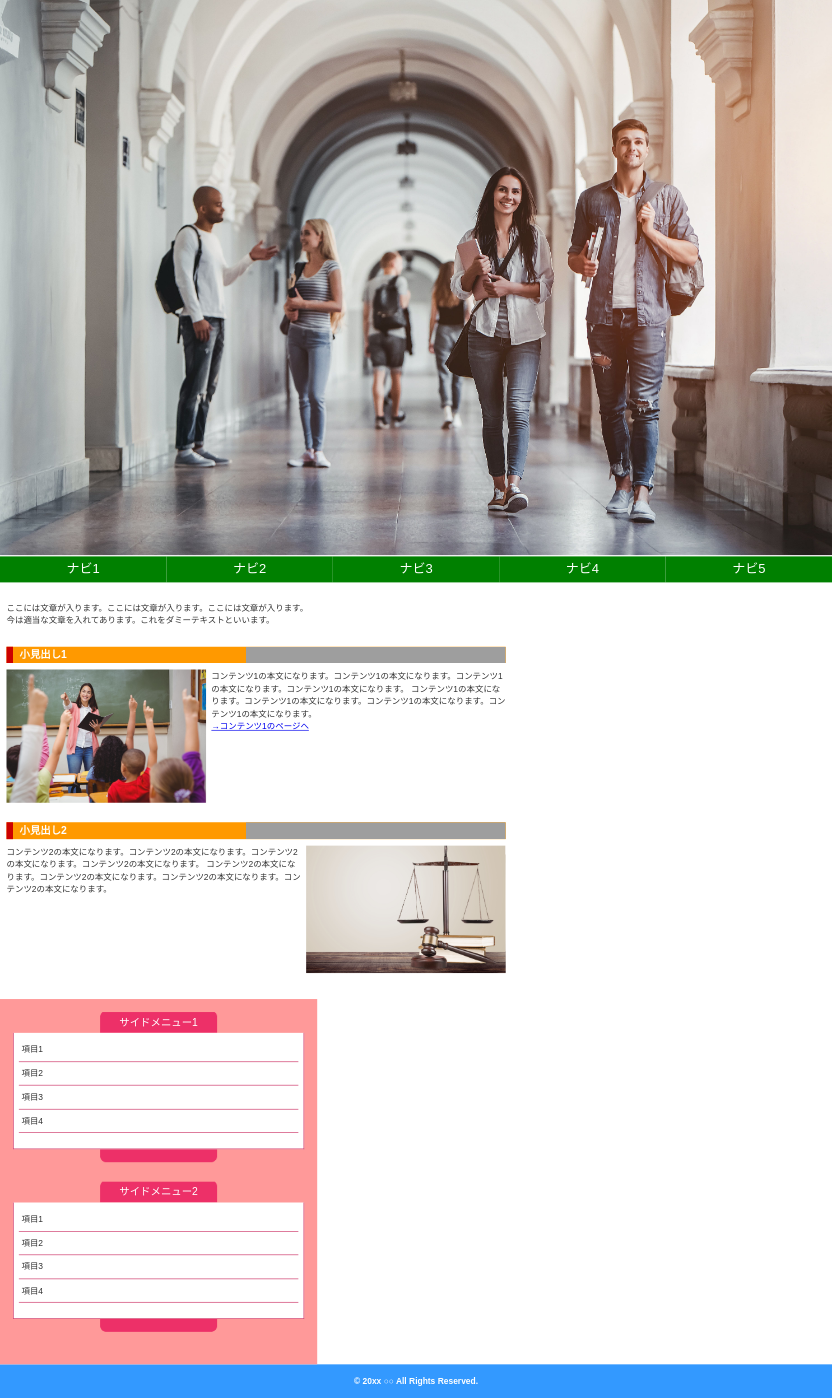
Repository: Tsubasa-Sounds/samurai_HTML-CSS
Page: samurai/home.html
The author's editor kept a record of every edit. The page is drawn from the files as they stood at one moment, then again after the next edit.
The browser window is 1280 px wide. The pictures show the whole page, at 65% of full size.
Pictures or frames that could not be fetched are drawn as grey boxes.

Above is the page before.

After the next edit:
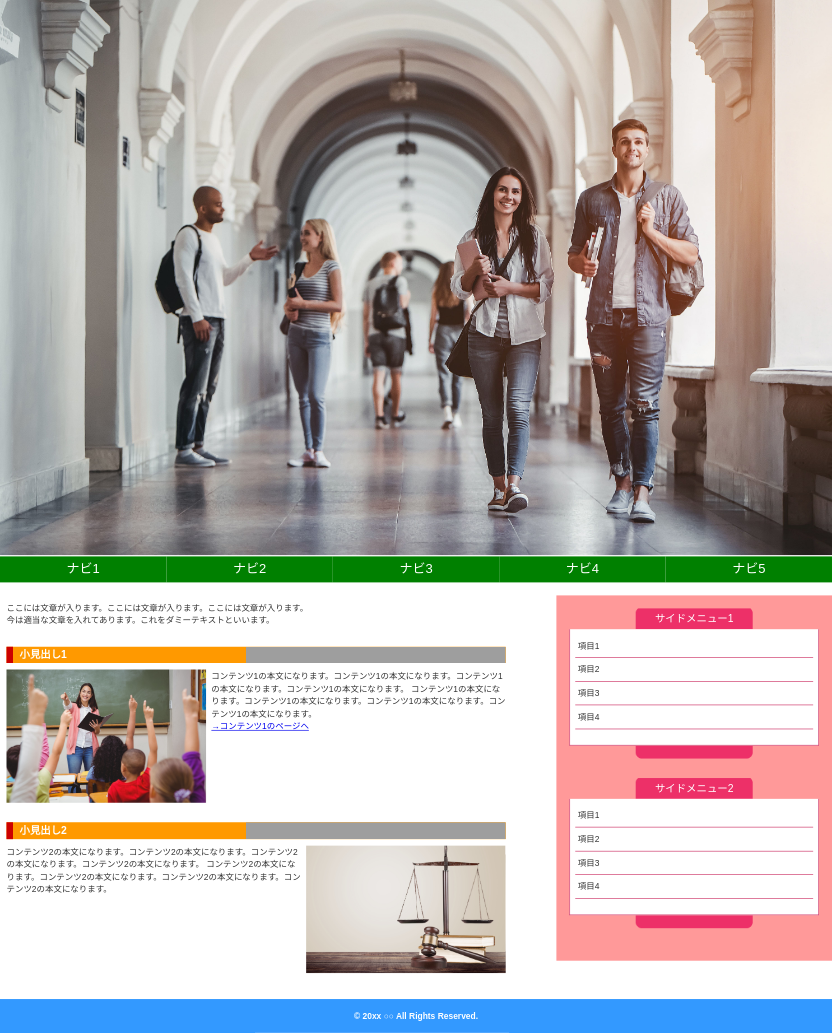
The edit:
--- a/samurai/stylesheet.css
+++ b/samurai/stylesheet.css
@@ -131,8 +131,8 @@
 
 /* -------------------- side -------------------- */
 #side {
-    float: left;
-    width: 35%;
+    float: right;
+    width: 30%;
     padding: 20px;
     background-color: #F99;
 }
